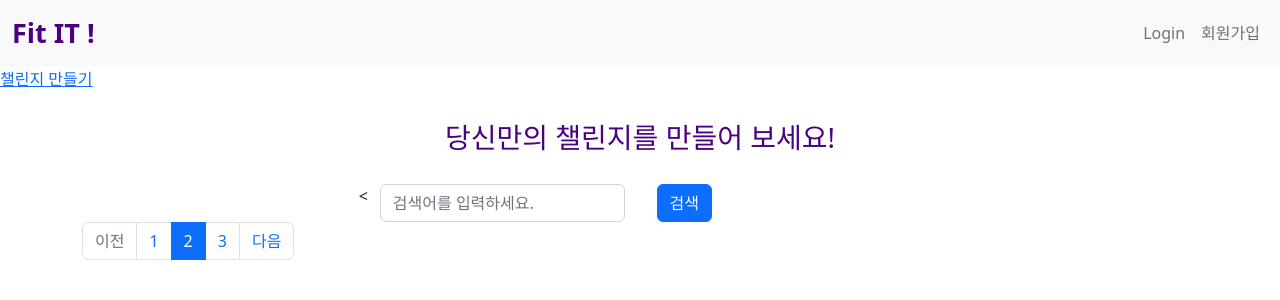
Repository: 4everGirls/Fit-IT-FRONT
Page: /makeChallenge (app in FrontEnd/fit-it/)
An editor plug-in stored every save of this project. The page is shown before and after the next save, followed by the edit.
The browser window is 1280 px wide. The pictures show the whole page.
The project was rebuilt for these pictures with package versions that can differ from the ones it lists, and the page was loaded fresh each time. Also part of the build but not shown: FrontEnd/fit-it/vue.config.js, FrontEnd/fit-it/src/views/HomeView.vue, FrontEnd/fit-it/src/components/user/RegistUser.vue, FrontEnd/fit-it/src/components/user/LoginUser.vue.

Above is the page before, as saved 2022-11-20 12:33:58.

After the next save:
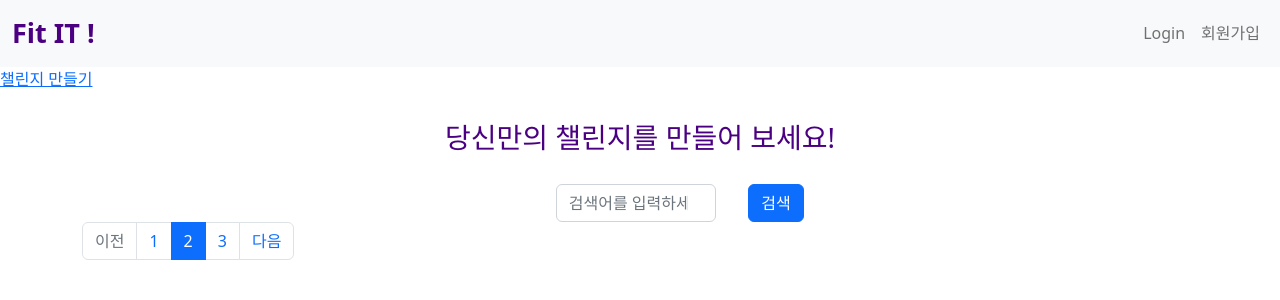
Saved 7 s later.
--- a/FrontEnd/fit-it/src/components/challenge/MakeChallenge/SearchVideo.vue
+++ b/FrontEnd/fit-it/src/components/challenge/MakeChallenge/SearchVideo.vue
@@ -6,7 +6,7 @@
       </div>
       <div class="flex-item">
         <div class="row">
-          <
+          <div class="col"></div>
           <div class="col">
             <form class="d-flex col" role="search">
               <input
